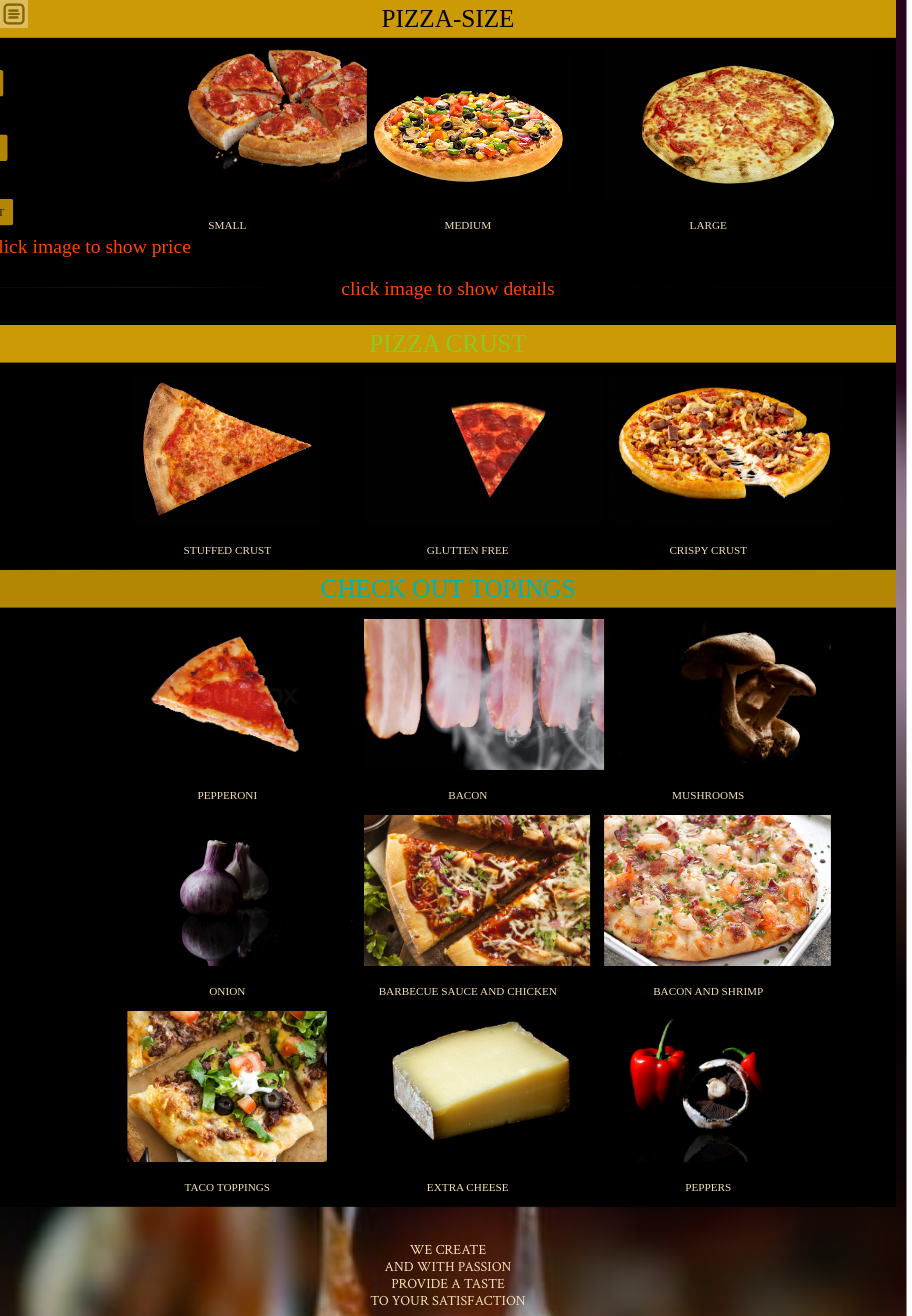
Repository: alexmwaura/MOREO--PIZZA-IP4
Page: mine.html
An editor plug-in stored every save of this project. The page is shown before and after the next save, followed by the edit.
The browser window is 1280 px wide. The page is 1303 px wide, so the pictures cover 1303 px, including what lies to the right of the window. The pictures show the part of the page from y = 0 to 1880 px (the page is 3207 px tall before and 3153 px after), at 70% of full size.
Some web fonts or font styles are not loaded; a fallback is used.

Above is the page before, as saved 2019-09-01 18:44:15.

After the next save:
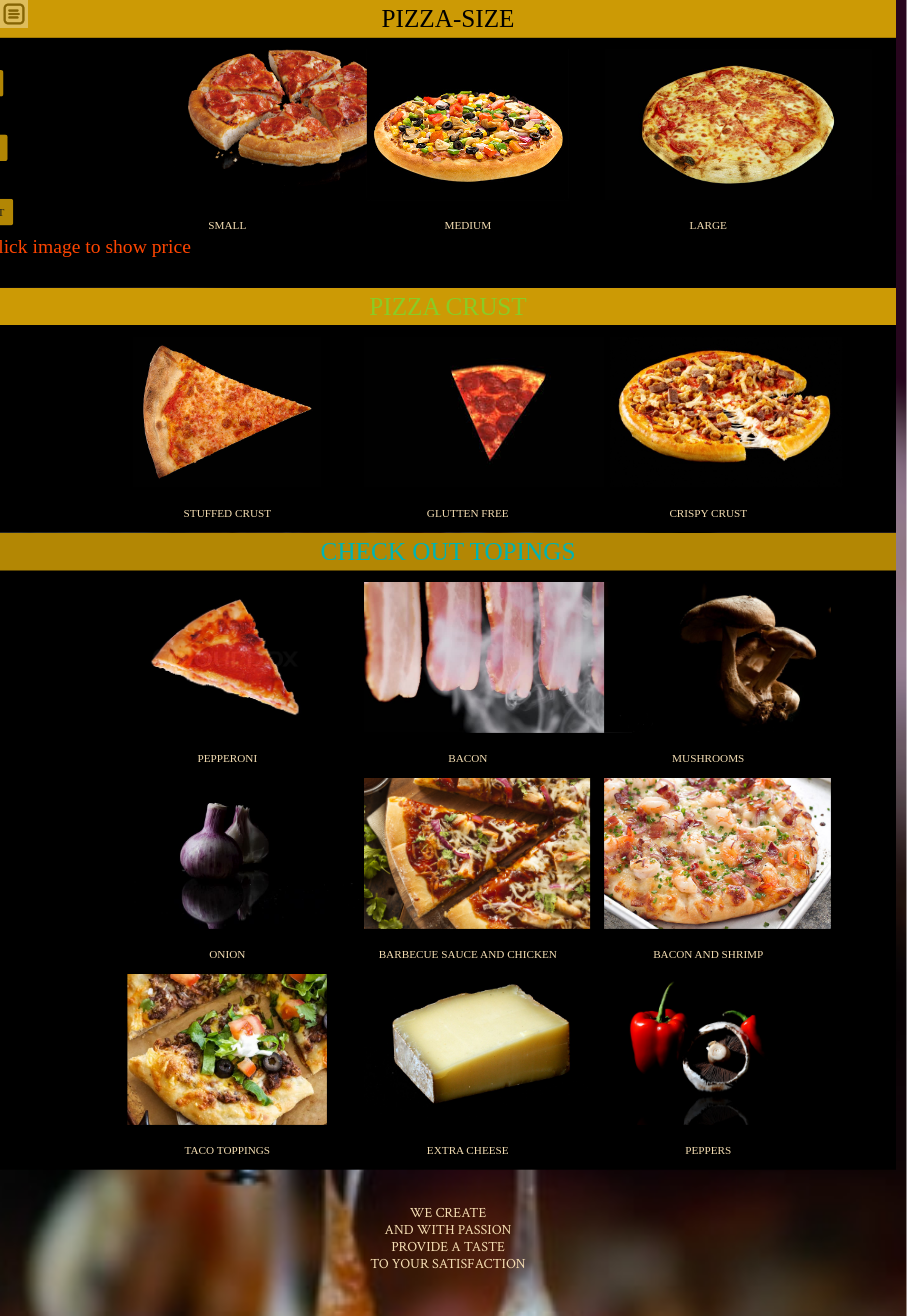
Saved 43 s later.
--- a/mine.html
+++ b/mine.html
@@ -138,9 +138,7 @@
         <div class="address">
             <div class="">
 
-                <div class="form-group">
-                    <h3 style="color: orangered" style="font-size: 10vh" class="price"> click image to show details</h3>
-                </div>
+
 
 
                 <div class="bg-warning" id="pizza-crust" style="opacity: 0.8">
